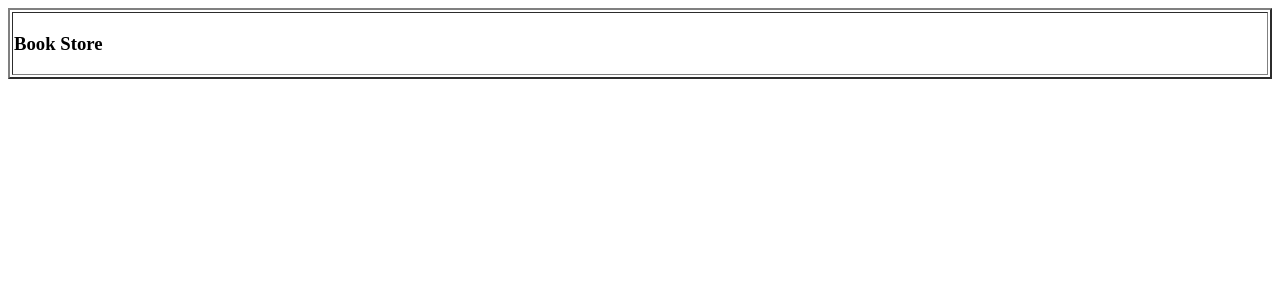
Repository: SomasundaramPappannan/New
Page: http://localhost/bookstore-ws/Header.jsp
These files come from the project's save history. The page is drawn as it stood at one moment and after the next save; the edit follows.
The browser window is 1280 px wide. The pictures show the whole page.
The page is served by Tomcat 9.

Above is the page before, as saved 2017-08-24 12:39:09.

After the next save:
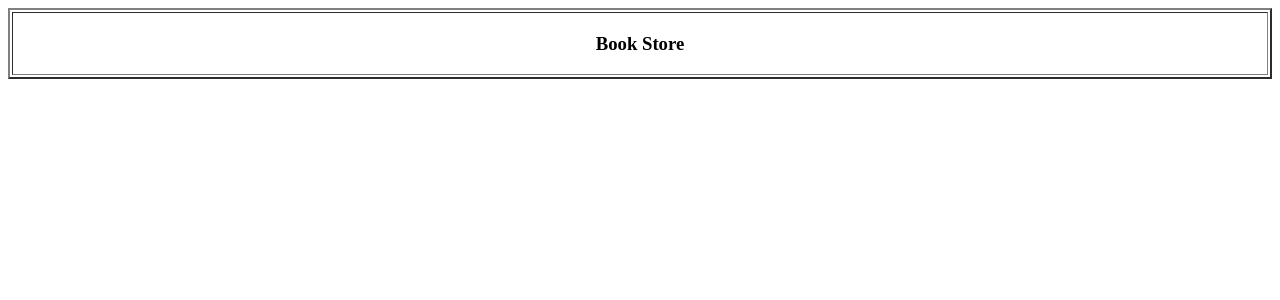
Saved 19 s later.
--- a/bookstore-ws/WebContent/Header.jsp
+++ b/bookstore-ws/WebContent/Header.jsp
@@ -11,7 +11,7 @@
 <table border="2" width="100%" height="100%">
 
 	<tr>
-		<td><h3>Book Store</h3></td>
+		<td><h3><center>Book Store</center></h3></td>
 	</tr>
 
 
